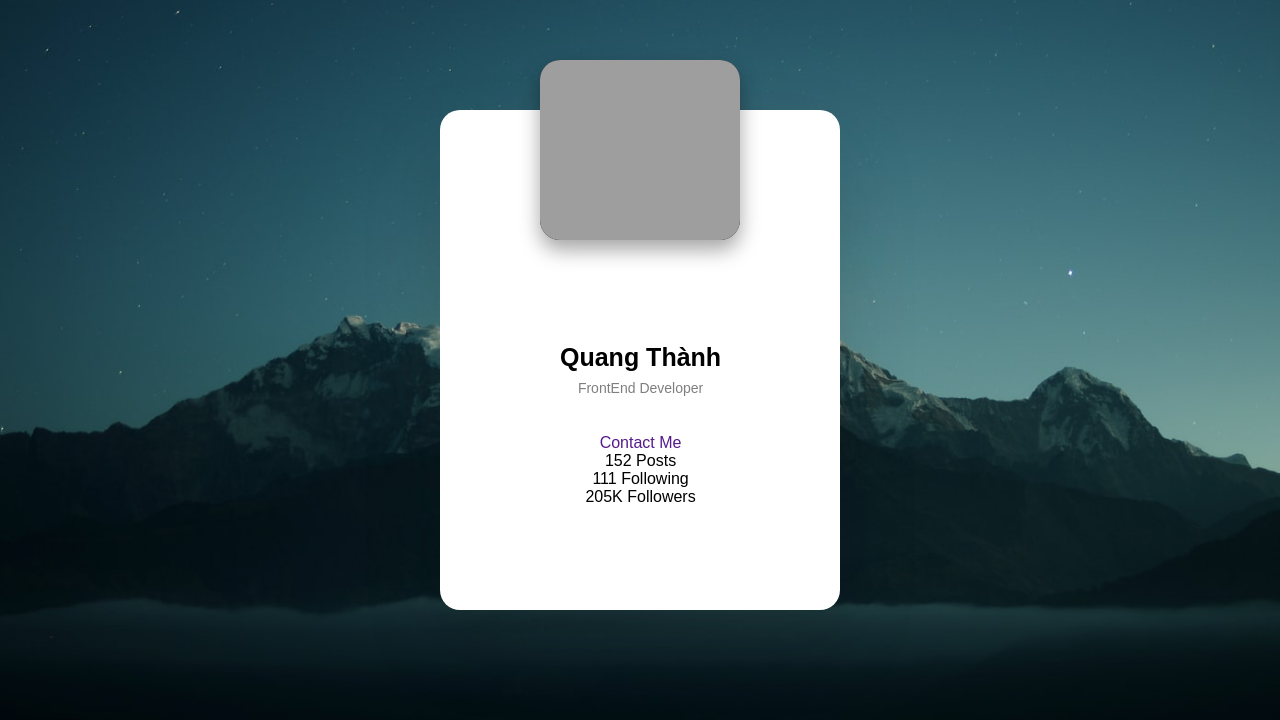
Repository: QuangThanh152/Profile-me
Page: index.html
The author's editor kept a copy of each file at every save. The page is drawn from the files as they stood at one save, then again after the next save.
The browser window is 1280 px wide. The pictures show the whole page.
Pictures or frames that could not be fetched are drawn as grey boxes.

Above is the page before, as saved 2022-10-07 15:21:21.

After the next save:
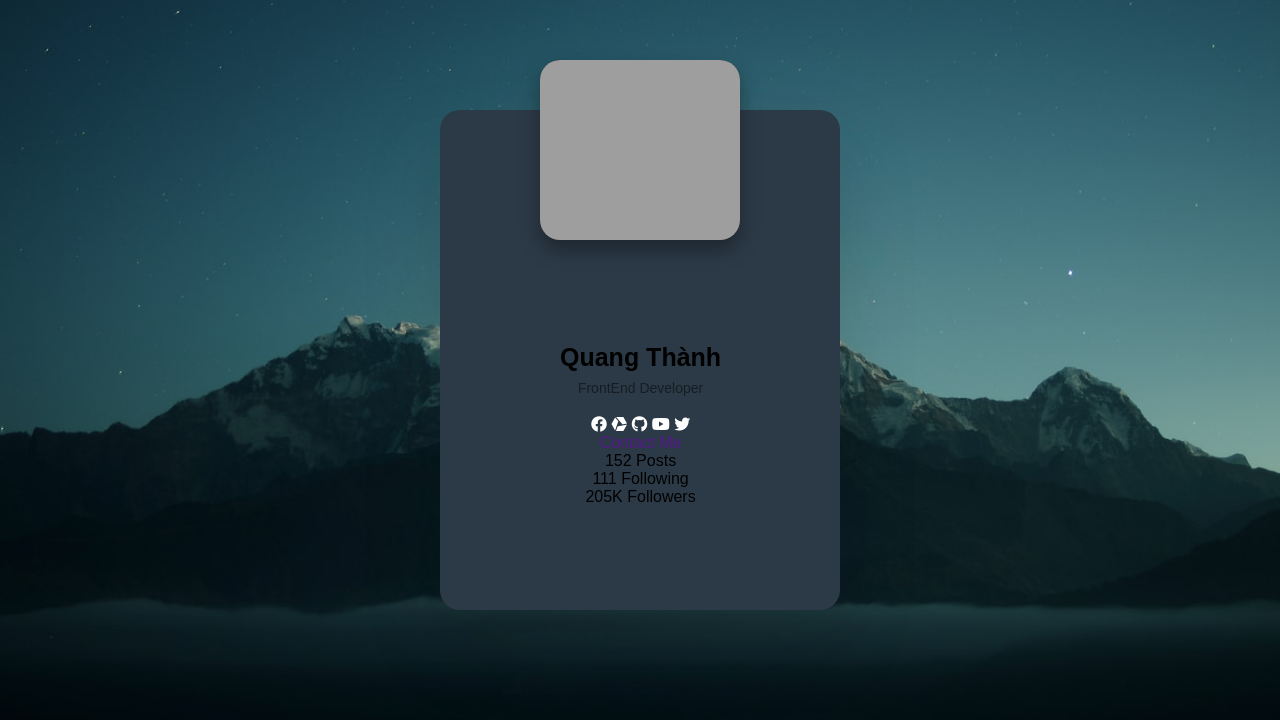
Saved 46 s later.
--- a/accets/main.css
+++ b/accets/main.css
@@ -21,7 +21,7 @@ body {
     /* height: 190px; */
     height: 500px;
     border-radius: 20px;
-    background: #fff;
+    background: #2c3a47;
     transition: 0.2s;
     box-shadow: 0 35px 80px rgba(0,0,0,0.15);
 }
